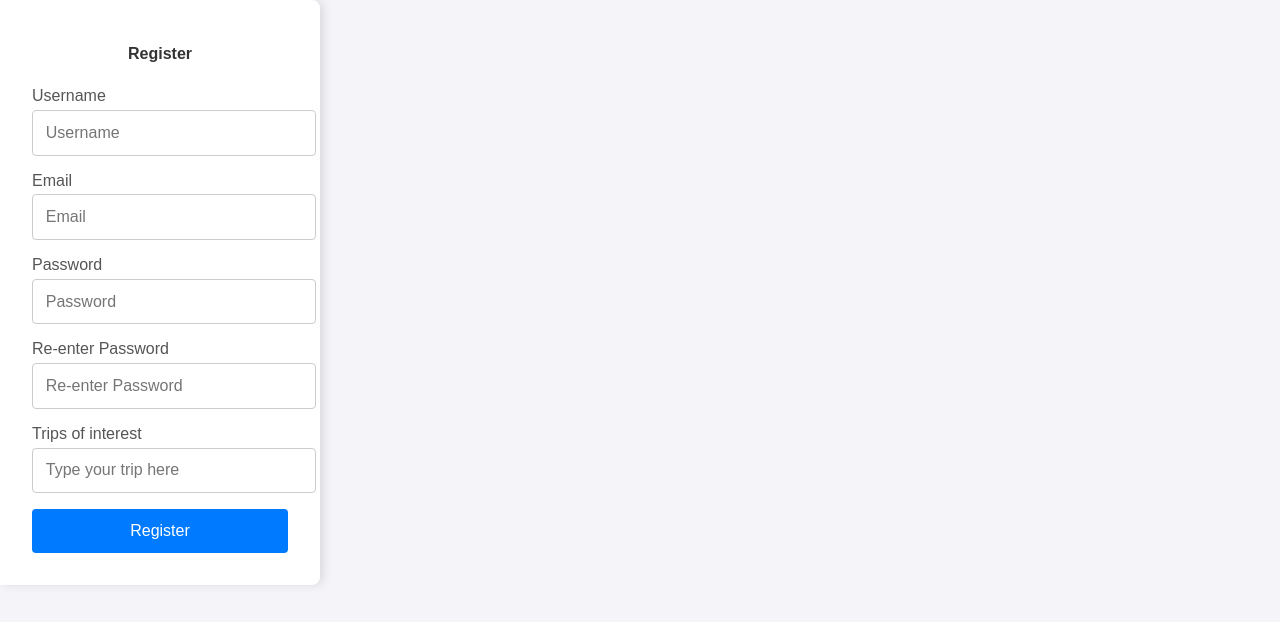
Repository: Nuttawut-Amattong/outtrip
Page: /register (app in OutTrip/)
The author's editor kept a copy of each file at every save. The page is drawn from the files as they stood at one save, then again after a run of saves.
The browser window is 1280 px wide. The pictures show the whole page.
The project was rebuilt for these pictures with package versions that can differ from the ones it lists, and the page was loaded fresh each time. Also part of the build but not shown: OutTrip/vite.config.js, OutTrip/src/pages/Login.jsx, OutTrip/src/pages/Forgetpass.jsx.

Above is the page before, as saved 2025-05-19 00:51:39.

After the next 2 saves:
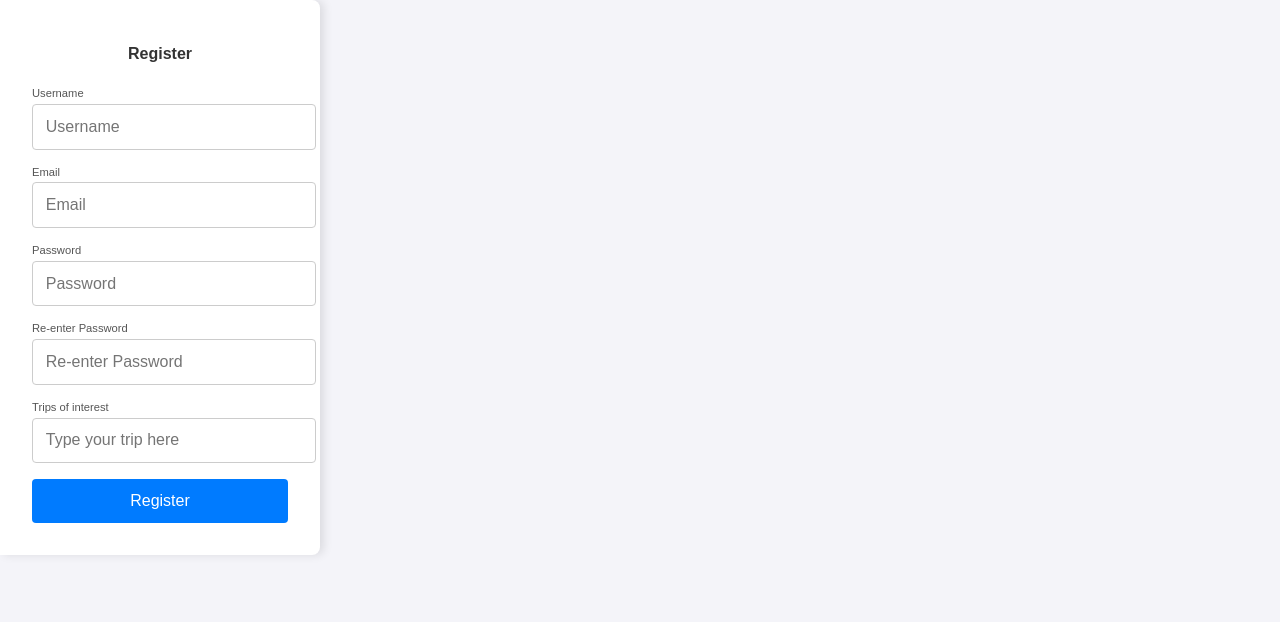
The 2 saves are shown as one change because they came seconds apart.
The last was saved 7 s later.
--- a/OutTrip/src/CSS/register.css
+++ b/OutTrip/src/CSS/register.css
@@ -33,7 +33,7 @@ body {
 }
 
 .register-container label {
-    font-size: 1rem;
+    font-size: 0.7rem;
 
     margin-bottom: 0.3rem;
     color: #555555;
